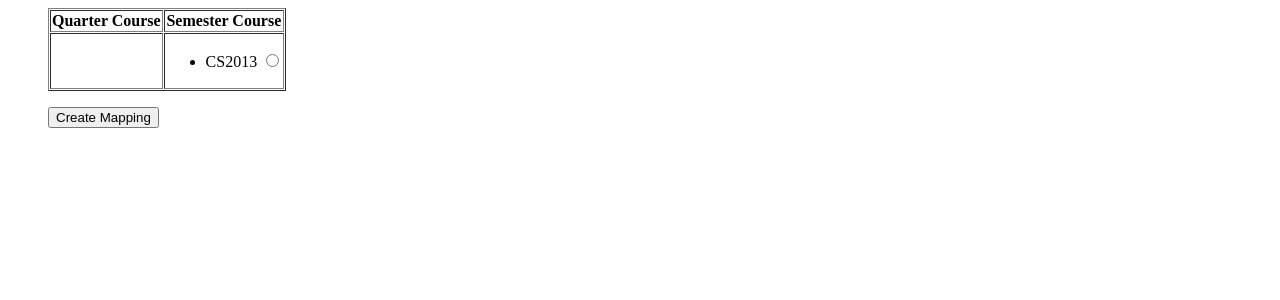
Repository: parthp2/CS3220_Spring_2017
Page: http://localhost/Final/CreateMapping
These files come from the project's save history. The page is drawn as it stood at one moment and after the next save; the edit follows.
The browser window is 1280 px wide. The pictures show the whole page.
The page is served by Tomcat 9.

Above is the page before, as saved 2017-05-18 03:53:46.

After the next save:
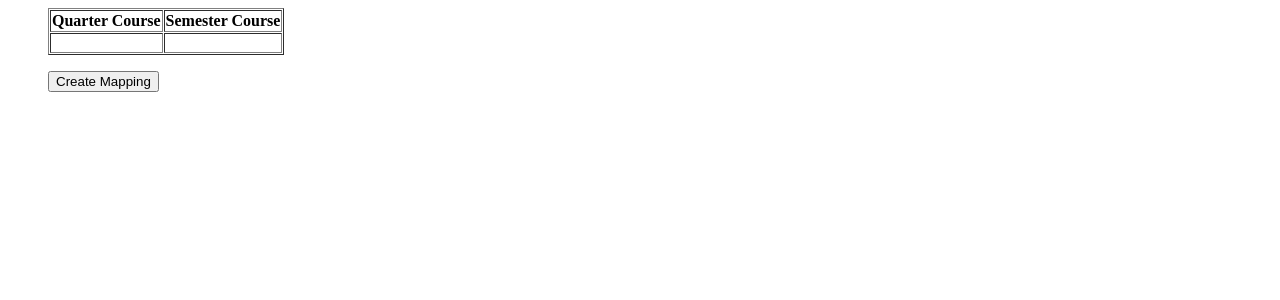
Saved 12 s later.
--- a/Final/WebContent/WEB-INF/CreateMapping.jsp
+++ b/Final/WebContent/WEB-INF/CreateMapping.jsp
@@ -21,6 +21,12 @@
 		<tr>
 			<td>
 			<ul>
+
+
+			</ul>
+			</td>
+			<td>
+			<ul>
 				<c:forEach items="${Courses}" var="loop">
 
 				<c:if test="${loop.term eq 'Semester'}">
@@ -30,12 +36,6 @@
 				</c:if>
 
 			   </c:forEach>
-
-			</ul>
-			</td>
-			<td>
-			<ul>
-				<li>CS2013 <input name="semester" type="radio" /></li>
 			</ul>
 			</td>
 		</tr>
